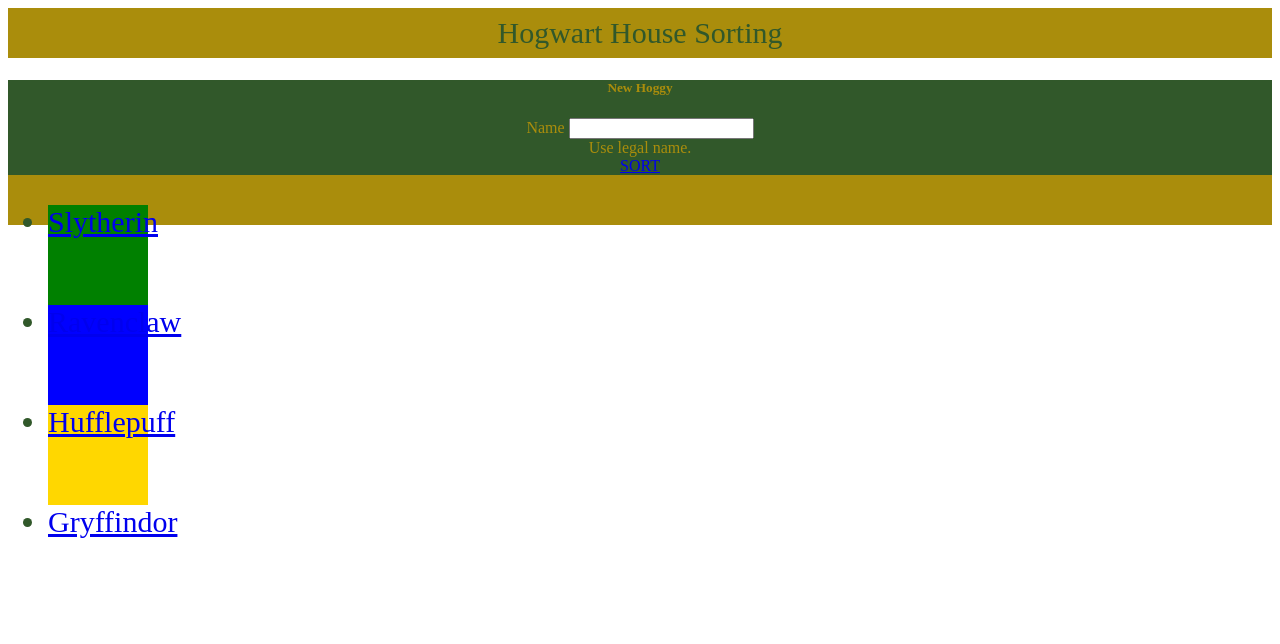
Repository: ZamlZam/INDIVIDUAL-PROJECT-sorting-hat
Page: index.html
The author's editor kept a copy of each file at every save. The page is drawn from the files as they stood at one save, then again after a run of saves.
The browser window is 1280 px wide. The pictures show the whole page.

Above is the page before, as saved 2023-04-29 11:54:12.

### index.html
<!DOCTYPE html>
<html lang="en">
<head>
  <meta charset="UTF-8">
  <meta http-equiv="X-UA-Compatible" content="IE=edge">
  <meta name="viewport" content="width=device-width, initial-scale=1.0">
  <title>Document</title>
  <link rel ="stylesheet" href="main.css">
</head>
<body>

  <div class="card1">
    <div class="card-header">
      Hogwart House Sorting
    </div>
    <div class="card-body">
      <h5 class="card-title">New Hoggy</h5>
      <form>
        <div class="mb-3">
          <label for="exampleInputEmail1" class="form-label">Name</label>
          <input type="Name" class="form-control" id="Name" aria-describedby="Name">
          <div id="Name" class="form-text">Use legal name.</div>
        </div>
      <!-- <p class="card-text">With supporting text below as a natural lead-in to additional content.</p> -->
      <a href="#" class="btn btn-primary">SORT</a>
    </div>

     <!-- Footer with flex-container -->
    <div class="card-footer">
      <div class="flex-container">
      <ul class="Houses">
        <li class="box one">
          <a class="nav-Slytherin" href="#">Slytherin</a>
        </li>
        <li class="box two">
          <a class="nav-Ravenclaw" href="#">Ravenclaw</a>
        </li>
        <li class="box three">
          <a class="nav-Hufflepuff" href="#">Hufflepuff</a>
        </li>
        <li class="box four">
          <a class="nav-Gryffindor" href="#">Gryffindor</a>
        </li>
      </ul>
    </div>


    </div>
  </div>









</body>
</html>

### main.css
.card-header {
  width: 100%;
  height: 50px;
  background: rgb(170, 141, 12);
  color: rgb(49, 88, 42);
  text-align: center;
  align-items: center;
  font-size: 30px;
  display:flex;
  justify-content: center;
  font-weight:500;
}


.card-body {
  background: rgb(49, 88, 42);
  color: rgb(170, 141, 12);
  text-align: center;
  align-items: center;
}

.flex-container{
  display: flex;
}

.box{
  height: 100px;
  width: 100px;
}

.one{
  background-color: green;
}

.two{
  background-color: blue;
}

.three{
  background-color: gold;
}

.four{
  background-color: #
}

.card-footer{

  width: 100%;
  height: 50px;
  background: rgb(170, 141, 12);
  color: rgb(49, 88, 42);
    align-items: center;
  font-size: 30px;
  flex-direction: row-reverse;
}

After the next 2 saves:
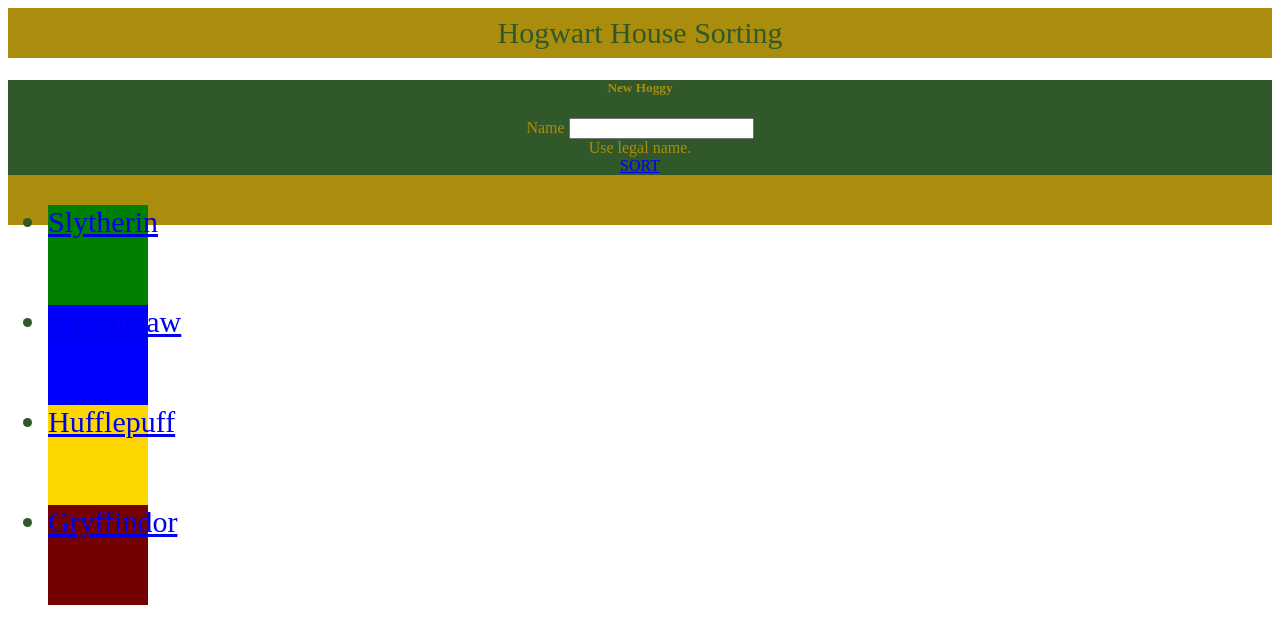
The 2 saves are shown as one change because they came seconds apart.
The last was saved 5 s later.
--- a/main.css
+++ b/main.css
@@ -41,7 +41,7 @@
 }
 
 .four{
-  background-color: #
+  background-color: #740001;
 }
 
 .card-footer{
